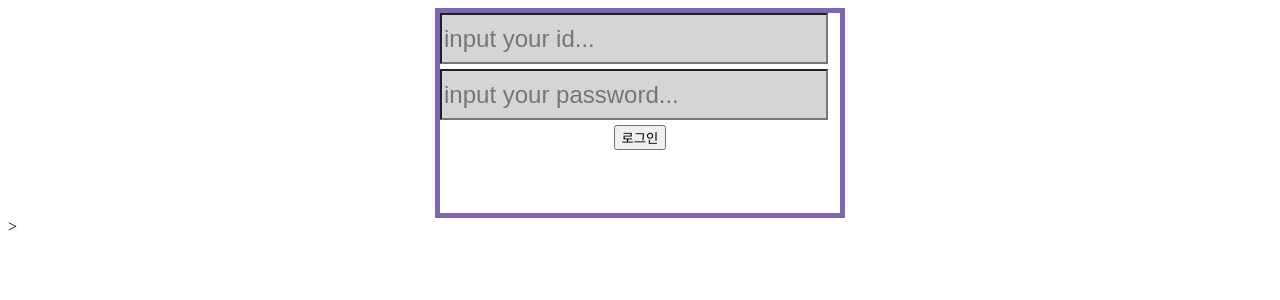
Repository: hyeong-jun-98/SL_front
Page: web0810/src/main/webapp/member/login_form.html
These files come from the project's save history. The page is drawn as it stood at one moment and after the next save; the edit follows.
The browser window is 1280 px wide. The pictures show the whole page.

Above is the page before, as saved 2022-08-10 03:12:30.

After the next save:
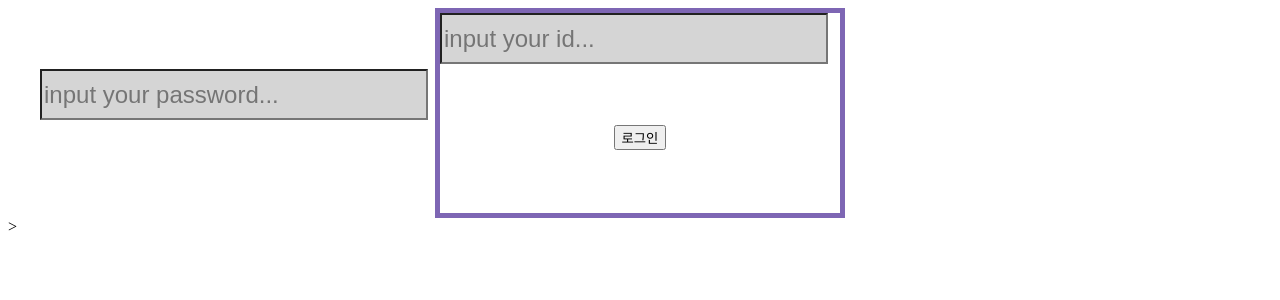
Saved 3 min 51 s later.
--- a/web0810/src/main/webapp/member/login_form.html
+++ b/web0810/src/main/webapp/member/login_form.html
@@ -68,9 +68,9 @@
     <form>
         <div id="wrapper">
             <div style="position: relative; left : -400px;" id="id">
-                <input type="text" placeholder="input your id..." name="id">
+                <input type="text" placeholder="input your id..." name="user_id">
             </div>
-            <div style="position:relative; left: -400px;" id="password">
+            <div style="position:relative; left: -400px;" name ="pass">
                 <input type="password" placeholder="input your password..." name="password">
             </div>
             <div style="text-align: center;">
